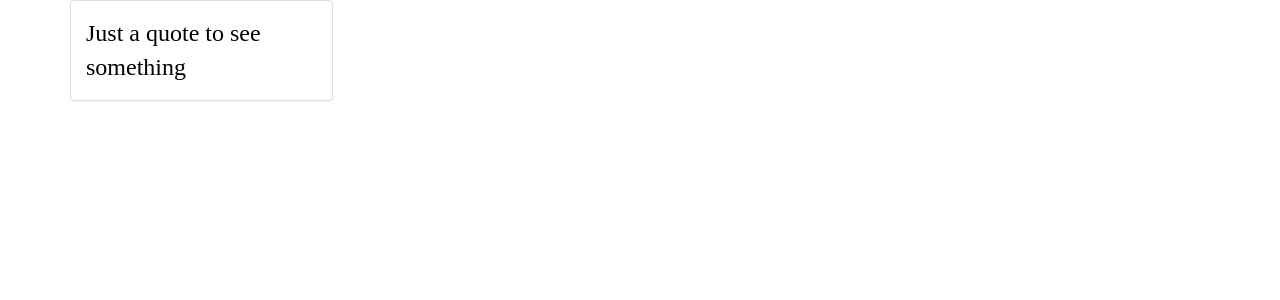
Repository: Azariagmt/Vue
Page: / (app in quote/Start/)
The author's editor kept a copy of each file at every save. The page is drawn from the files as they stood at one save, then again after a run of saves.
The browser window is 1280 px wide. The pictures show the whole page.
Some web fonts or font styles are not loaded; a fallback is used. The project was rebuilt for these pictures with package versions that can differ from the ones it lists, and the page was loaded fresh each time. Also part of the build but not shown: quote/Start/webpack.config.js.

Above is the page before, as saved 2020-05-08 13:18:56.

After the next 2 saves:
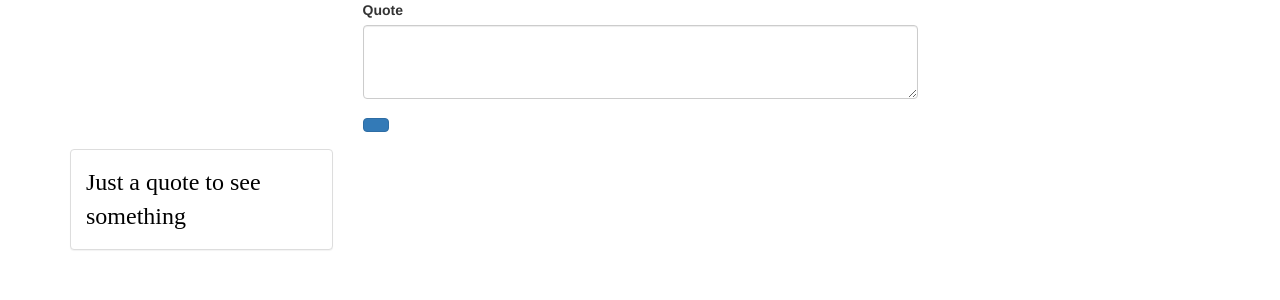
The 2 saves are shown as one change because they came seconds apart.
The last was saved 7 s later.
--- a/quote/Start/src/App.vue
+++ b/quote/Start/src/App.vue
@@ -1,6 +1,6 @@
 <template>
     <div class="container">
-
+        <app-new-qute></app-new-qute>
     <app-quote-grid :quotes="quotes"></app-quote-grid>
     </div>
 </template>
